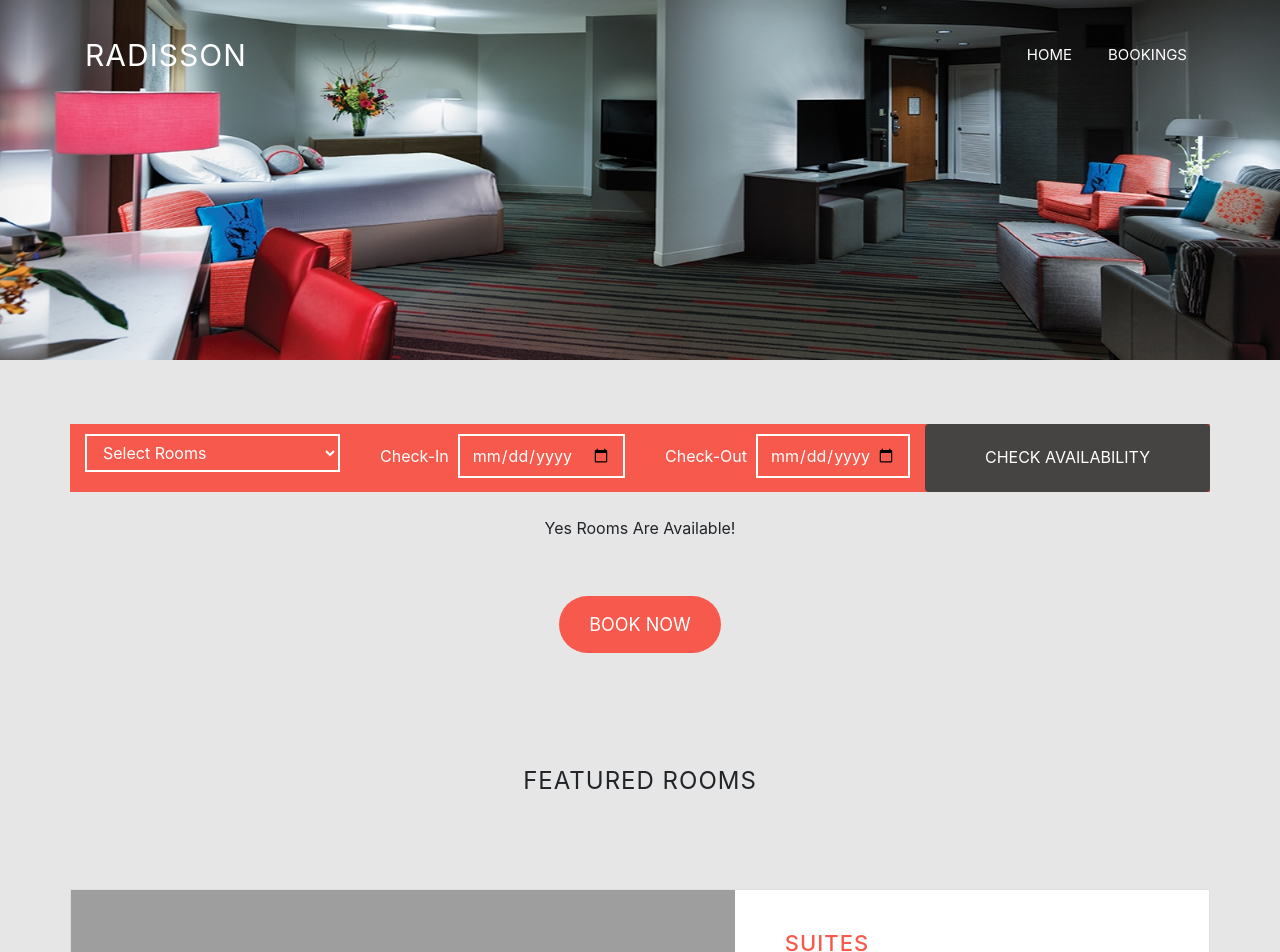
Repository: kapsky5/HotelManagement
Page: rooms.html
An editor plug-in stored every save of this project. The page is shown before and after the next save, followed by the edit.
The browser window is 1280 px wide. The pictures show the part of the page from y = 0 to 952 px (the page is 2257 px tall).
Pictures or frames that could not be fetched are drawn as grey boxes. Some web libraries are served in a nearby version.

Above is the page before, as saved 2019-11-07 03:05:23.

### rooms.html
<!DOCTYPE html>
<html lang="en">
<head>
    <meta charset="UTF-8">
    <meta name="viewport" content="width=device-width, initial-scale=1.0">
    <meta http-equiv="X-UA-Compatible" content="ie=edge">
    <title>RADISSON BLU</title>
    <link rel="stylesheet" href="css/main.css">
    <link rel="stylesheet" href="https://maxcdn.bootstrapcdn.com/bootstrap/4.0.0/css/bootstrap.min.css" integrity="sha384-Gn5384xqQ1aoWXA+058RXPxPg6fy4IWvTNh0E263XmFcJlSAwiGgFAW/dAiS6JXm" crossorigin="anonymous">
    <!-- <script src="https://kit.fontawesome.com/82e6195eae.js" crossorigin="anonymous"></script> -->
</head>
<body>

    <nav class="navbar navbar-expand-lg navbar-light fixed-top" id="caro" style="margin-top: 20px;">
        <div class="container">
            <a class="navbar-brand" href="#">RADISSON</a>
            <button class="navbar-toggler" type="button" data-toggle="collapse" data-target="#navbarSupportedContent">
                <span class="navbar-toggler-icon"></span>
            </button>

            <div class="collapse navbar-collapse" id="navbarSupportedContent" >
                <ul class="navbar-nav ml-auto">
                    <li class="nav-item active ">
                        <a class="nav-link" href="./index.html">Home <span class="sr-only">(current)</span></a>
                    </li>
                    <li class="nav-item">
                        <a class="nav-link" href="./rooms.html">Bookings</a>
                    </li>
                </ul>
            </div>
        </div>
    </nav>

    <div>
        <img src="./images/cover1.jpg" class="image">
    </div>

    <div class="containerz">
        <div class="container" style="padding: 0px;">
            <br>
            <div class="row avail">
                <div class="col-md-3" style="padding-top: 10px;">
                    <div class="form-group">
                        <select class="form-control" placeholder="Select-Room">
                            <option>Select Rooms</option>
                            <option>Suites</option>
                            <option>Deluxe Rooms</option>
                            <option>King Rooms</option>
                            <option>Single</option>
                        </select>
                    </div>
                </div>
                <div class="col-md-3" style="padding-top: 10px;">
                    <div class="input-group">
                        <div class="input-group-prepend" style="padding: 10px;">
                            <span>Check-In</span>
                        </div>
                        <input class="form-control" type="date" id="from">
                    </div>
                </div>
                <div class="col-md-3" style="padding-top: 10px;">
                    <div class="input-group">
                        <div class="input-group-prepend" style="padding: 10px;" >
                            <span>Check-Out</span>
                        </div>
                        <input class="form-control" type="date" id="to">
                    </div>
                </div>
                <button class="col-md-3 btn btn-default" style="background-color: #464343; padding-top: 20px;" type="submit">
                    <div class="text-center" style="color: white;">
                        <p>CHECK AVAILABILITY</p>
                    </div>
                </button>
            </div>

            <div class="text-center result">
                <br>
                <p>Yes Rooms Are Available!</p>
                <button class="btn btn-primary">Book Now</button>
            </div>

            <div class="text-center" style="padding: 70px 0 50px 0;">
                <p class="heading1">Featured rooms</p>
            </div>
            <br>
            <div class="card">
                <div class="card-body">
                    <div class="row">
                        <div class="col-md-7 imgx">
                            <img class="room-img" src="images/suite.jpg">
                        </div>
                        <div class="col-md-5 dpt" >
                            <h3 class="head-room">Suites</h3>
                            <br>
                            <p>Pellentesque habitant morbi tristique senectus et netus ett mauada fames ac turpis egestas. Etiam euismod tempor leo, in suscipit urna condimentum sed. Vivamus augue enim, consectetur ac interdum a, pulvinar ac massa. Nullam malesuada congue</p>
                            <br>
                            <button class="btn">Book Now</button>
                        </div>
                    </div>
                </div>
            </div>
            <div class="card" style="margin: 40px 0px;">
                <div class="card-body">
                    <div class="row">
                        <div class="col-md-6 dpt">
                            <h3 class="head-room">King rooms</h3>
                            <br>
                            <p>Pellentesque habitant morbi tristique senectus et netus ett mauada fames ac turpis egestas. Etiam euismod tempor leo, in suscipit urna condimentum sed. Vivamus augue enim, consectetur ac interdum a, pulvinar ac massa. Nullam malesuada congue</p>
                            <br>
                            <button class="btn">Book Now</button>
                        </div>
                        <div class="col-md-6 imgx">
                            <img class="room-img" src="images/suite.jpg">
                        </div>
                    </div>
                </div>
            </div>
            <div class="card" >
                <div class="card-body">
                    <div class="row">
                        <div class="col-md-3 imgx">
                            <img class="room-img" src="images/suite.jpg">
                        </div>
                        <div class="col-md-3 dpts" >
                            <h3 class="head-room">Single</h3>
                            <br>
                            <p>Pellentesque habitant morbi tristique senectus et netus ett mauada fames ac turpis egestas. Etiam euismod tempor leo, in suscipit urna condimentum sed.</p>
                            <br>
                            <button class="btn">Book Now</button>
                        </div>
                        <div class="col-md-3 imgx   ">
                            <img class="room-img" src="images/suite.jpg">
                        </div>
                        <div class="col-md-3 dpts">
                            <h3 class="head-room">Suite</h3>
                            <br>
                            <p>Pellentesque habitant morbi tristique senectus et netus ett mauada fames ac turpis egestas. Etiam euismod tempor leo, in suscipit urna condimentum sed.</p>
                            <br>
                            <button class="btn">Book Now</button>
                        </div>
                    </div>
                </div>
            </div>

        </div>
    </div>

    <script src="https://code.jquery.com/jquery-3.2.1.slim.min.js" integrity="sha384-KJ3o2DKtIkvYIK3UENzmM7KCkRr/rE9/Qpg6aAZGJwFDMVNA/GpGFF93hXpG5KkN" crossorigin="anonymous"></script>
    <script src="https://cdnjs.cloudflare.com/ajax/libs/popper.js/1.12.9/umd/popper.min.js" integrity="sha384-ApNbgh9B+Y1QKtv3Rn7W3mgPxhU9K/ScQsAP7hUibX39j7fakFPskvXusvfa0b4Q" crossorigin="anonymous"></script>
    <script src="https://maxcdn.bootstrapcdn.com/bootstrap/4.0.0/js/bootstrap.min.js" integrity="sha384-JZR6Spejh4U02d8jOt6vLEHfe/JQGiRRSQQxSfFWpi1MquVdAyjUar5+76PVCmYl" crossorigin="anonymous"></script>
</body>
</html>

<!--
<div class="image" style="background-image:url(assets/images/hotel_feture_1.jpg);">
    <div class="descrip text-center">
      <p><small>For as low as</small><span>$100/night</span></p>
    </div>
  </div> -->

### css/main.css
.fixed-top{
    position: absolute !important;
}
.carousel-item{
    height: 100vh;
    min-height: 300px;
    background: no-repeat center center scroll;
    -webkit-baackground-size: cover;
    background-size: cover;
    position: absolute;
}
.carousel-caption {
    top: 40% !important;
}
.carousel-caption h5{
    color: #ffffff;
    text-transform: uppercase;
    font-size: 35px;
    letter-spacing: 2px;
    margin-top:25px;
}
.navbar-light .nav-link{
    text-transform: uppercase;
    color: #ffffff !important;
    font-size: 15px;
    margin-left: 20px;
}
.navbar-light .navbar-brand{
    color: #ffffff !important;
    font-size: 30px;
    letter-spacing: 1px;
}
.nav-link:active, .nav-link:hover {
    color: #F75A4C !important;
}
.carousel-caption .btn {
    margin: 40px 20px;
    padding: 15px 30px;
    border-radius: 40px;
    background: #F75A4C;
    border: none;
    text-transform: uppercase;
    font-size: 18px;
}
.carousel-caption .btn:hover{
    background: #454244;
}
.fac{
    margin: 0 auto;
    font-size: 25px;
    letter-spacing: 1px;
}
.tabx h6{
    font-weight: 600 !important;
}
.nav-item.nav-link{
    color: rgb(192, 192, 192);
}
.nav-item.nav-link.active{
    color: #F75A4C !important;
    background-color: #ffffff !important;
}
#tabs .nav > a{
    border-radius: 0px;
    padding: 40px 1rem;
    border-bottom: 1px solid rgb(192, 192, 192);
}
#tabs .nav > a.active{
    border-bottom: 1px solid #F75A4C;
}
.containerx{
    padding: 40px;
}
.containerx p{
    font-size: 18px;
    line-height: 1.8;
    color: #848484;
}
.tabImg{
    max-width: 100%;
    height: 550px;
}
.heading{
    color: #F75A4C;
    text-transform: uppercase;
    margin-bottom: 20px;
}
.sub-heading{
    margin-top: 20px;
    font-size: 16px;
    color: rgb(192, 192, 192);
}
.foot{
    margin-top: 50px;
    background-color: #E6E6E6;
}
.rowinfoot{
    padding: 30px 0px;
}
.foo-head{
    font-size: 20px;
    color: #F75A4C;
    margin: 20px 0;
}
.foo-text{
    font-size: 16px;
    line-height: 1.5;
}
.foo-text li a{
    color: black;
    text-decoration: none;
}
.copyright {
    color: white;
    background: #554f53;
    justify-content: center;
}
.copyright p{
    margin-bottom: 0;
}
.image{
    width: 100%;
    height: 50vh;
}
.containerz{
    background-color: #E6E6E6;
}
.heading1{
    text-transform: uppercase;
    font-size: 24px;
    letter-spacing: 1px;
}
.room-img{
    width: 100%;
    height: 415px;
}
.card{
    border-radius: 0px !important;
}
.card-body{
    padding: 0px !important;
}
.head-room{
    color: #F75A4C;
    font-size: 22px;
    text-transform: uppercase;
    letter-spacing: 1px;
}
.card-body.row.col-md-5, .card-body.row.col-md-7, .card-body.row.col-md-6, .card-body.row.col-md-3{
    padding: 0px !important;
}

.containerz .imgx, .containerz .imgx{
    padding: 0px !important;
}
.dpt, .dpts{
    padding: 40px 50px !important;
}
.dpt p{
    font-size: 18px;
    line-height: 1.8;
    color: #848484;
}
.dpts p{
    font-size: 16px;
    line-height: 1.5;
    color: #848484;
}
.row{
    margin: 0px !important;
}
.card .btn{
    padding: 10px 30px;
    border-radius: 0px;
    background: #F75A4C;
    border: none;
    text-transform: uppercase;
    font-size: 18px;
}
.avail{
    color: white;
    margin-top: 40px !important;
    background-color: #F75A4C;
    padding: auto auto;
}
.form-control{
    background-color: #F75A4C !important;
    color: white !important;
    border-radius: 0 !important;
    border: 2px solid white !important;
}
input[type=date]::-webkit-inner-spin-button {
    -webkit-appearance: none;
    display: none;
}
.result .btn{
    margin: 40px 10px;
    padding: 15px 30px;
    border-radius: 40px;
    background: #F75A4C;
    border: none;
    text-transform: uppercase;
    font-size: 18px;
}

After the next save:
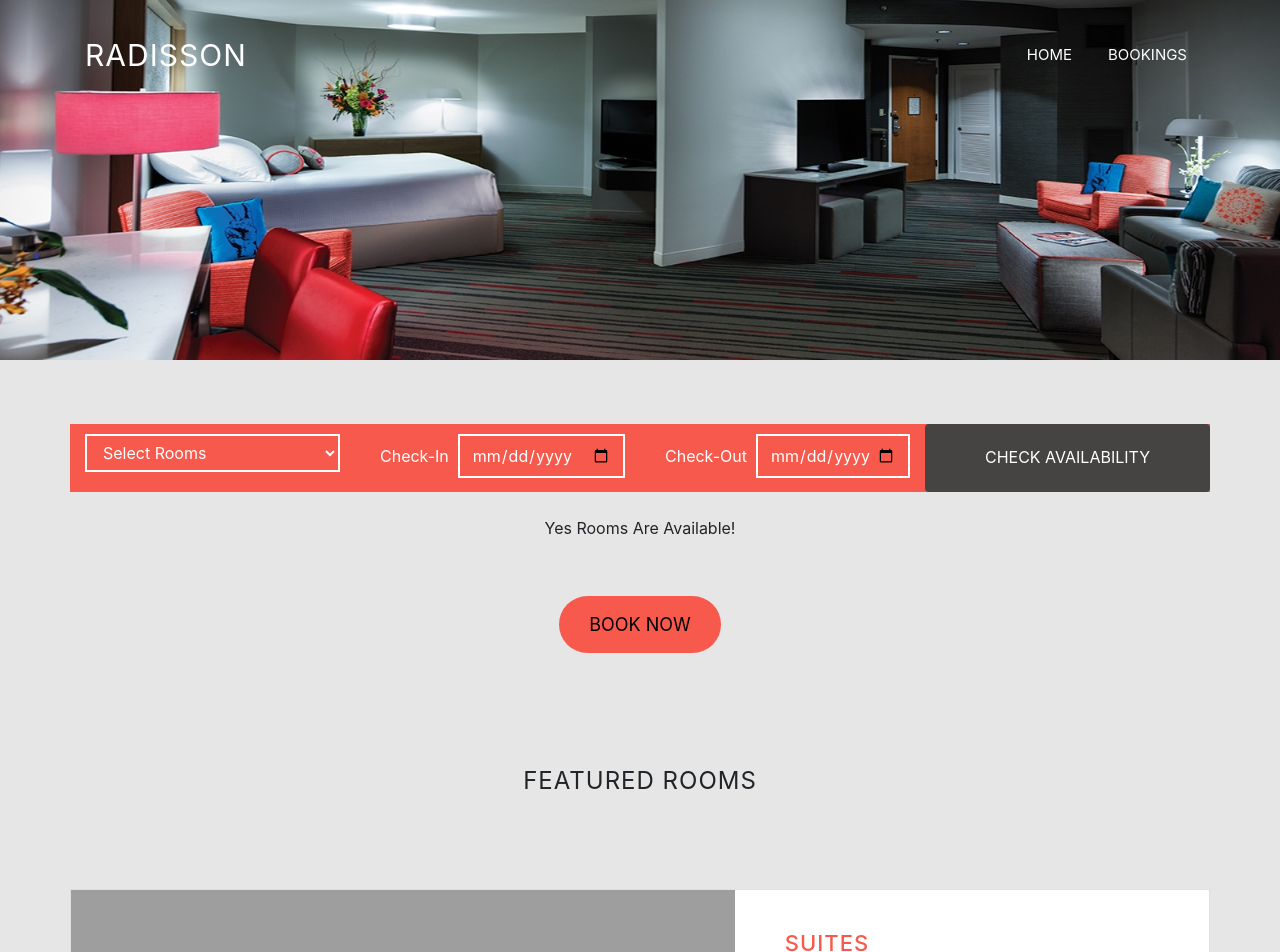
Saved 34 s later.
--- a/rooms.html
+++ b/rooms.html
@@ -76,7 +76,7 @@
             <div class="text-center result">
                 <br>
                 <p>Yes Rooms Are Available!</p>
-                <button class="btn btn-primary">Book Now</button>
+                <button class="btn btn-default">Book Now</button>
             </div>
 
             <div class="text-center" style="padding: 70px 0 50px 0;">
